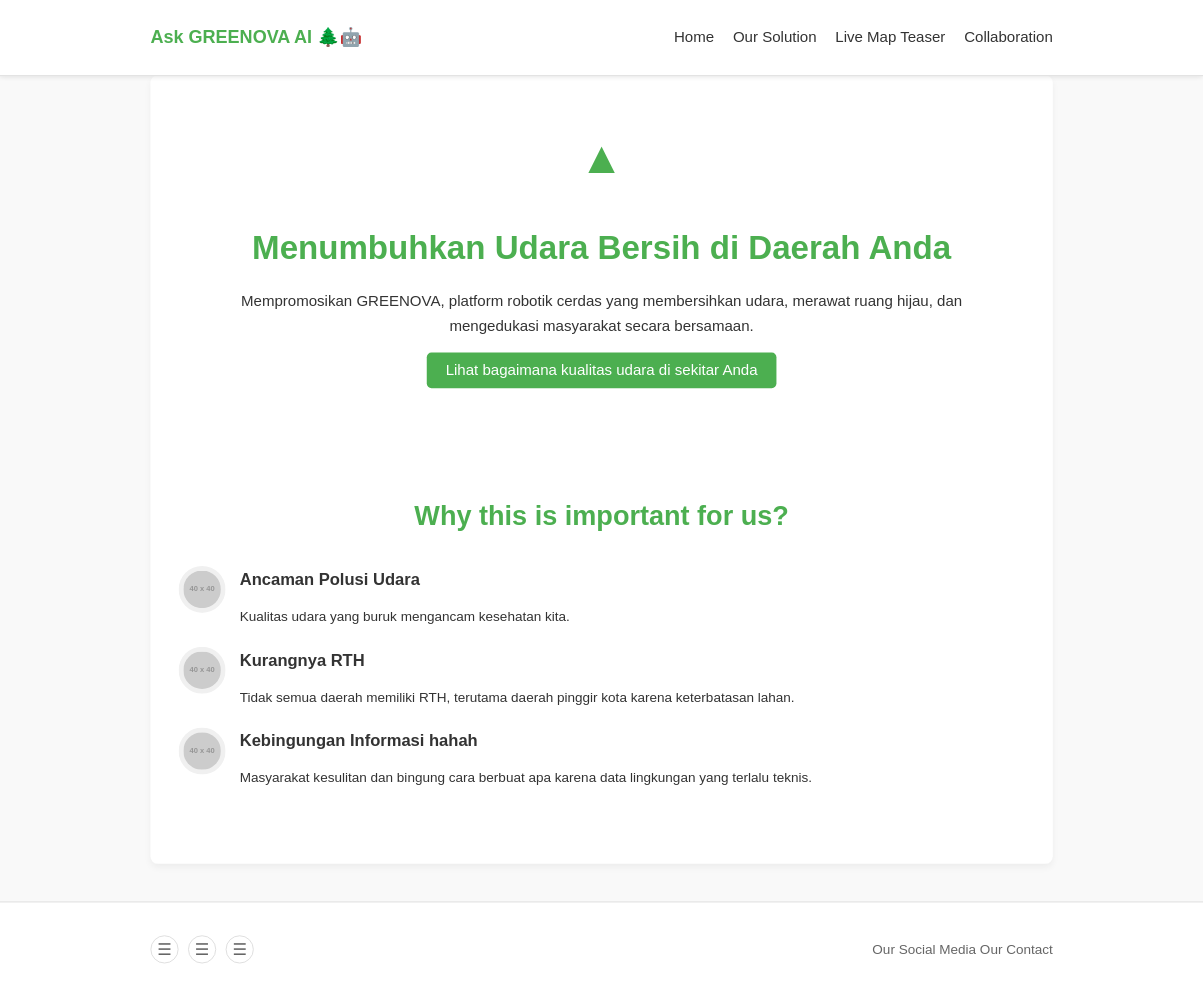
Repository: JojoGid34/Greenova-WEBSITE-SFT25-TETR
Page: index.html
These files come from the project's save history. The page is drawn as it stood at one moment and after the next save; the edit follows.
The browser window is 1280 px wide. The pictures show the whole page, at 94% of full size.

Above is the page before, as saved 2025-07-26 12:50:29.

After the next save:
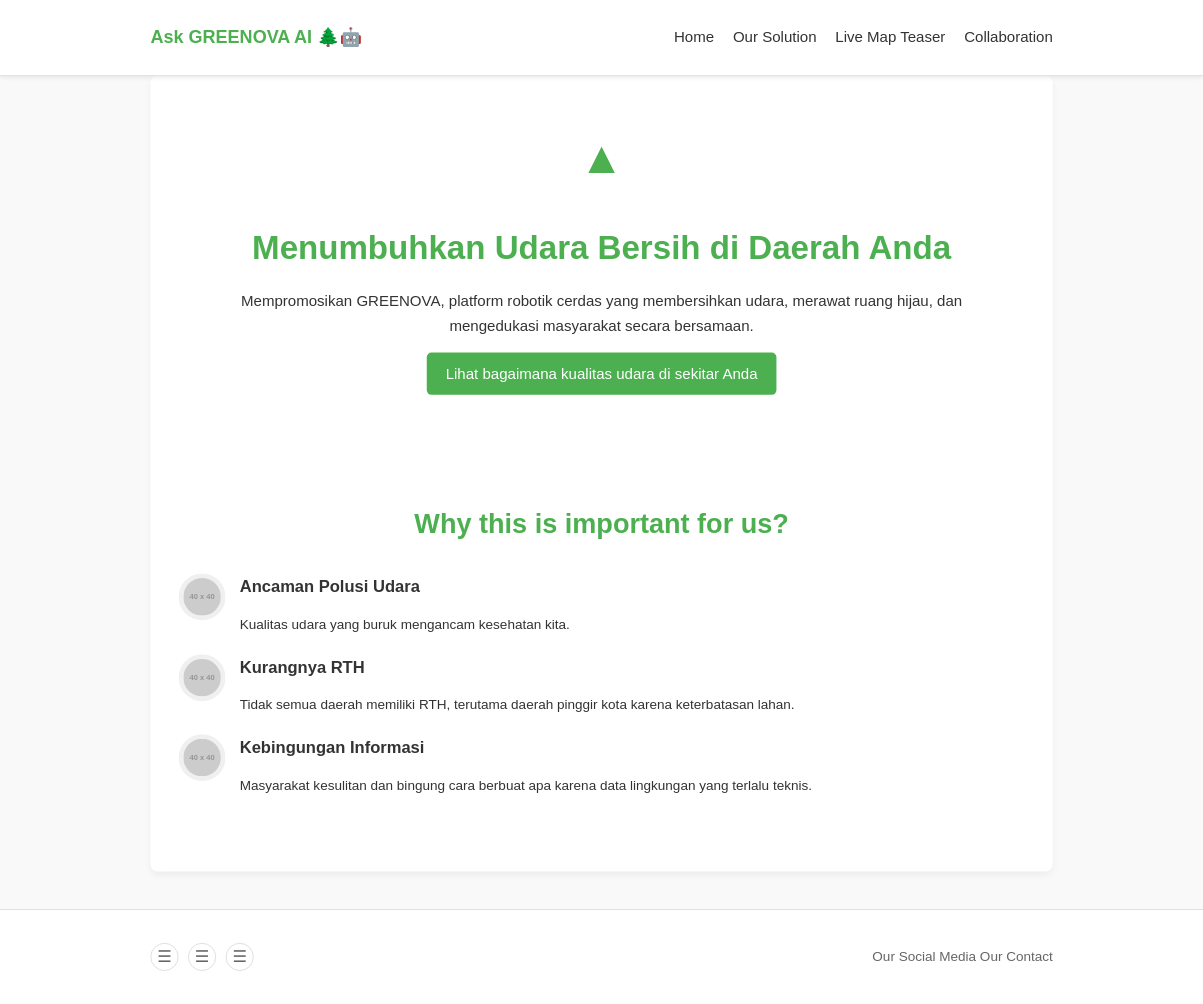
Saved 64 s later.
--- a/index.html
+++ b/index.html
@@ -4,22 +4,22 @@
 <head>
   <meta charset="UTF-8">
   <meta name="viewport" content="width=device-width, initial-scale=1.0">
-  <title>Greenova AI - Bagian Awal</title>
+  <title>Greenova AI - Scrollable Website</title>
   <link rel="stylesheet" href="style.css">
 </head>
 
 <body>
-  <!-- Header ini sekarang tunggal dan akan tetap di atas -->
+  <!-- Header ini tunggal dan akan tetap di atas (fixed) -->
   <header class="navbar">
     <div class="container">
       <div class="logo">Ask GREENOVA AI 🌲🤖</div>
       <nav class="nav-menu">
         <button class="menu-toggle" aria-label="Toggle navigation">&#9776;</button>
         <ul class="nav-list">
-          <li><a href="#home" data-page="home">Home</a></li>
-          <li><a href="#solution" data-page="solution">Our Solution</a></li>
-          <li><a href="#live-map-teaser" data-page="live-map-teaser">Live Map Teaser</a></li>
-          <li><a href="#collaboration" data-page="collaboration">Collaboration</a></li>
+          <li><a href="#home">Home</a></li>
+          <li><a href="#solution">Our Solution</a></li>
+          <li><a href="#live-map-teaser">Live Map Teaser</a></li>
+          <li><a href="#collaboration">Collaboration</a></li>
           <!-- Anda bisa menambahkan link lain di sini jika ingin -->
         </ul>
       </nav>
@@ -28,15 +28,13 @@
 
   <main class="container">
     <!-- Home Section (Menumbuhkan Udara Bersih di Daerah Anda & Why this is important for us?) -->
-    <section id="home" class="page-section active">
-      <!-- Menghapus section-header di sini -->
+    <section id="home" class="page-section">
       <div class="hero-content">
         <div class="triangle-icon">▲</div>
         <h1>Menumbuhkan Udara Bersih di Daerah Anda</h1>
         <p>Mempromosikan GREENOVA, platform robotik cerdas yang membersihkan udara, merawat ruang hijau, dan mengedukasi
           masyarakat secara bersamaan.</p>
-        <button class="btn primary-btn" data-target-page="air-quality-simulated">Lihat bagaimana kualitas udara di
-          sekitar Anda</button>
+        <a href="#air-quality-simulated" class="btn primary-btn">Lihat bagaimana kualitas udara di sekitar Anda</a>
       </div>
       <div class="why-important">
         <h2>Why this is important for us?</h2>
@@ -57,7 +55,7 @@
         <div class="reason-item">
           <img src="https://via.placeholder.com/40" alt="Informasi Icon" class="icon">
           <div>
-            <h3>Kebingungan Informasi hahah</h3>
+            <h3>Kebingungan Informasi</h3>
             <p>Masyarakat kesulitan dan bingung cara berbuat apa karena data lingkungan yang terlalu teknis.</p>
           </div>
         </div>
@@ -66,7 +64,6 @@
 
     <!-- Our Solution Section -->
     <section id="solution" class="page-section">
-      <!-- Menghapus section-header di sini -->
       <h2>GREENOVA Our Solution</h2>
       <div class="solution-details">
         <h3>4-in-1 Solution</h3>
@@ -79,57 +76,51 @@
         <p>Gambar robot</p>
         <img src="https://via.placeholder.com/200x150?text=Robot+Image" alt="Greenova Robot">
         <h3>Penasaran gimana cara kerjanya?</h3>
-        <button class="btn primary-btn" data-target-page="how-it-works-simulated">Intip cara kerjanya di
-          sini...</button>
+        <a href="#how-it-works-simulated" class="btn primary-btn">Intip cara kerjanya di sini...</a>
       </div>
-      <button class="btn secondary-btn" data-target-page="home">Back to main page</button>
+      <a href="#home" class="btn secondary-btn">Back to main page</a>
     </section>
 
     <!-- Live Map Teaser Section -->
     <section id="live-map-teaser" class="page-section">
-      <!-- Menghapus section-header di sini -->
       <h2>Live Map Teaser</h2>
       <div class="map-teaser-content">
         <img src="https://via.placeholder.com/300x200?text=Peta+Jakarta" alt="Live Map Teaser Image" class="map-image">
         <div class="map-overlay-text">Taman Pojok<br>AQI: 55 (Baik)</div>
-        <button class="btn primary-btn" data-target-page="live-map-simulated">Jelajahi peta selanjutnya...</button>
+        <a href="#live-map-simulated" class="btn primary-btn">Jelajahi peta selanjutnya...</a>
       </div>
-      <button class="btn secondary-btn" data-target-page="home">Back to main page</button>
+      <a href="#home" class="btn secondary-btn">Back to main page</a>
     </section>
 
     <!-- Mari Berkolaborasi Section -->
     <section id="collaboration" class="page-section">
-      <!-- Menghapus section-header di sini -->
       <h1>Mari Berkolaborasi</h1>
       <h2>Untuk Indonesia yang lebih bersih</h2>
       <p>Proyek ini akan berhasil melalui dukungan dan kemitraan dari berbagai pihak. Cari tahu bagaimana Anda bisa
         menjadi bagian dari perubahan ini :)</p>
       <button class="btn primary-btn">Hubungi kami</button>
-      <button class="btn secondary-btn" data-target-page="home">Back to main page</button>
+      <a href="#home" class="btn secondary-btn">Back to main page</a>
     </section>
 
-    <!-- Simulated Pages (Not in detail from your provided image, just for navigation demo) -->
+    <!-- Simulated Pages (Sekarang juga akan muncul di bawah jika di-scroll) -->
     <section id="air-quality-simulated" class="page-section">
-      <!-- Menghapus section-header di sini -->
       <h2>Simulasi: Analisis Kualitas Udara</h2>
       <p>Ini adalah halaman simulasi untuk analisis kualitas udara. Di sini Anda akan menampilkan data sensor
         sebenarnya.</p>
-      <button class="btn secondary-btn" data-target-page="home">Back to main page</button>
+      <a href="#home" class="btn secondary-btn">Back to main page</a>
     </section>
 
     <section id="how-it-works-simulated" class="page-section">
-      <!-- Menghapus section-header di sini -->
       <h2>Simulasi: Cara Kerja Robot</h2>
       <p>Ini adalah halaman simulasi untuk detail cara kerja Greenova AI.</p>
-      <button class="btn secondary-btn" data-target-page="home">Back to main page</button>
+      <a href="#home" class="btn secondary-btn">Back to main page</a>
     </section>
 
     <section id="live-map-simulated" class="page-section">
-      <!-- Menghapus section-header di sini -->
       <h2>Simulasi: Peta Lengkap Robot</h2>
       <p>Ini adalah halaman simulasi untuk peta interaktif dengan lokasi robot. Di sini Anda akan mengintegrasikan peta
         Google Maps atau OpenStreetMap.</p>
-      <button class="btn secondary-btn" data-target-page="home">Back to main page</button>
+      <a href="#home" class="btn secondary-btn">Back to main page</a>
     </section>
 
   </main>
